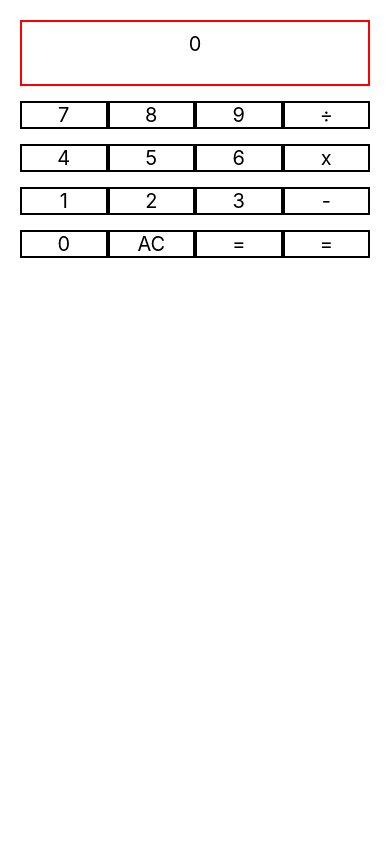
Repository: jeanphael/MyAppReact
Screen: /
An editor plug-in stored every save of this project. The screen is shown before and after the next save, followed by the edit.
The app was drawn by React Native's web renderer in a window 390 px wide. The project was rebuilt for these pictures with package versions that can differ from the ones it lists, and the page was loaded fresh each time. Some packages were replaced by stand-ins written for this rebuild.

Above is the screen before, as saved 2021-10-14 10:42:36.

After the next save:
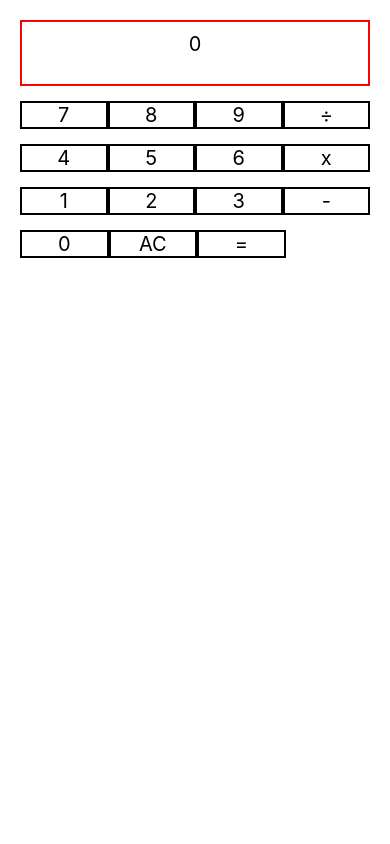
Saved 17 s later.
--- a/App.js
+++ b/App.js
@@ -117,10 +117,10 @@ export default class App extends React.Component {
               =
             </Text>
           </TouchableOpacity>
-          <TouchableOpacity style={{borderColor:'grew',borderWidth:2,flex:1}}>
+          <TouchableOpacity style={{flex:1}}>
 
             <Text style={{ fontSize: 20, alignSelf: 'center' }}>
-              =
+
             </Text>
           </TouchableOpacity>
 
